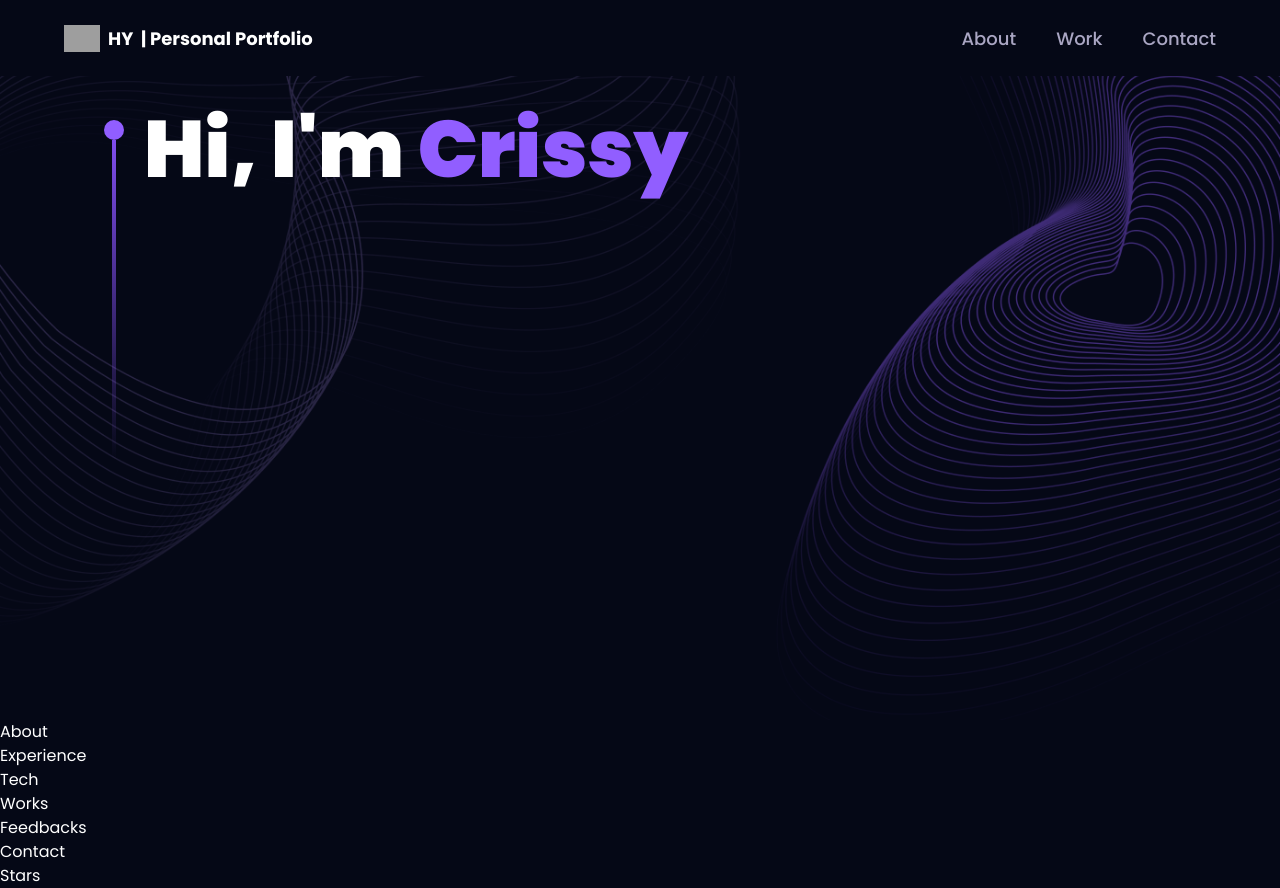
Repository: huiyyee/3d_portfolio
Page: /
The author's editor kept a copy of each file at every save. The page is drawn from the files as they stood at one save, then again after the next save.
The browser window is 1280 px wide. The pictures show the whole page.
Pictures or frames that could not be fetched are drawn as grey boxes. The project was rebuilt for these pictures with package versions that can differ from the ones it lists, and the page was loaded fresh each time. Also part of the build but not shown: vite.config.js, src/components/canvas/Earth.jsx, src/components/canvas/Ball.jsx, src/components/canvas/Computers.jsx.

Above is the page before, as saved 2024-10-10 23:37:49.

After the next save:
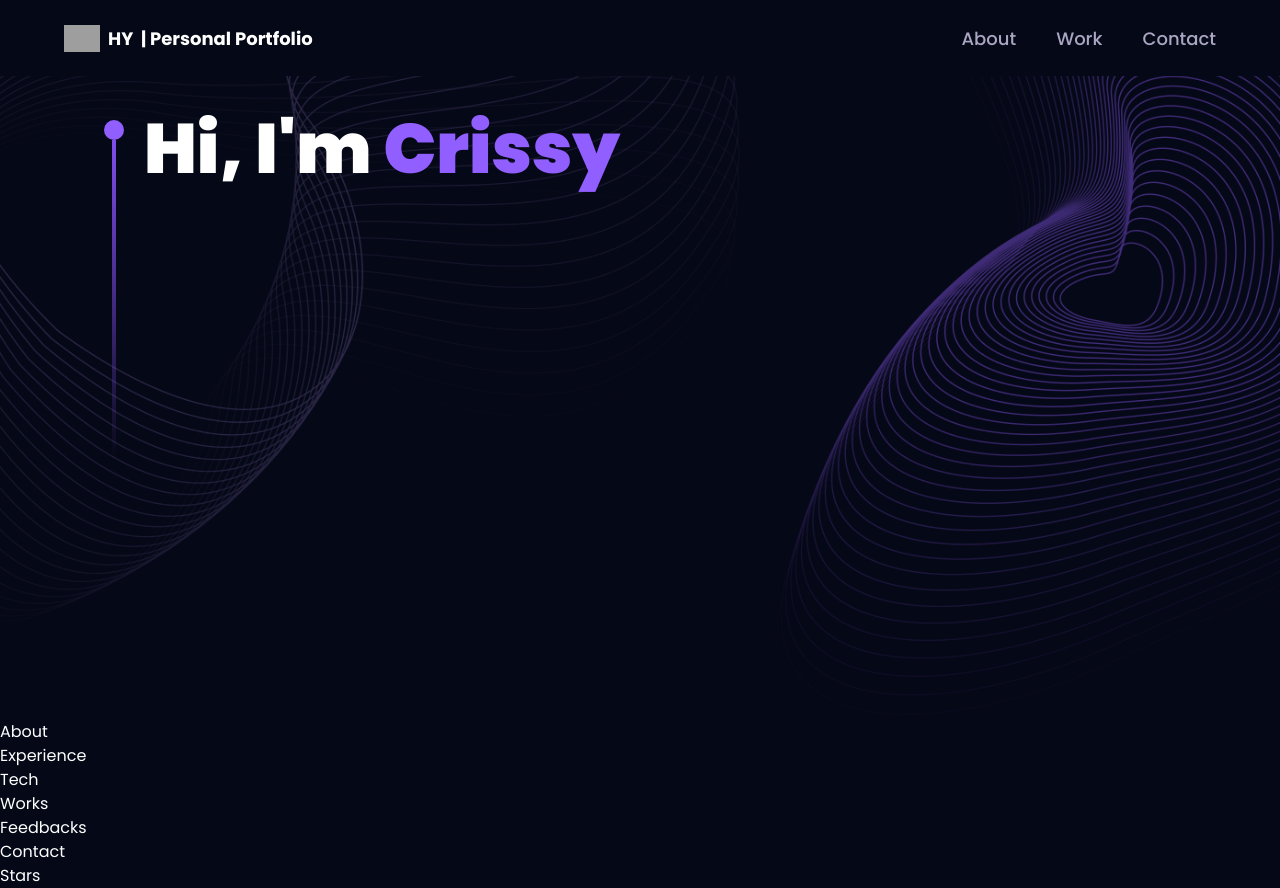
Saved 12 s later.
--- a/src/components/styles.js
+++ b/src/components/styles.js
@@ -4,7 +4,7 @@ const styles = {
     padding: "sm:px-16 px-6 sm:py-16 py-10",
 
     heroHeadText:
-        "font-black text-white lg:text-[80px] sm:text-[60px] xs:text-[50px] text-[40px] lg:leading-[98px] mt-2",
+        "font-black text-white lg:text-[70px] sm:text-[60px] xs:text-[50px] text-[40px] lg:leading-[98px] mt-2",
     heroSubText:
         "text-[#dfd9ff] font-medium lg:text-[30px] sm:text-[26px] xs:text-[20px] text-[16px] lg:leading-[40px]",
 
